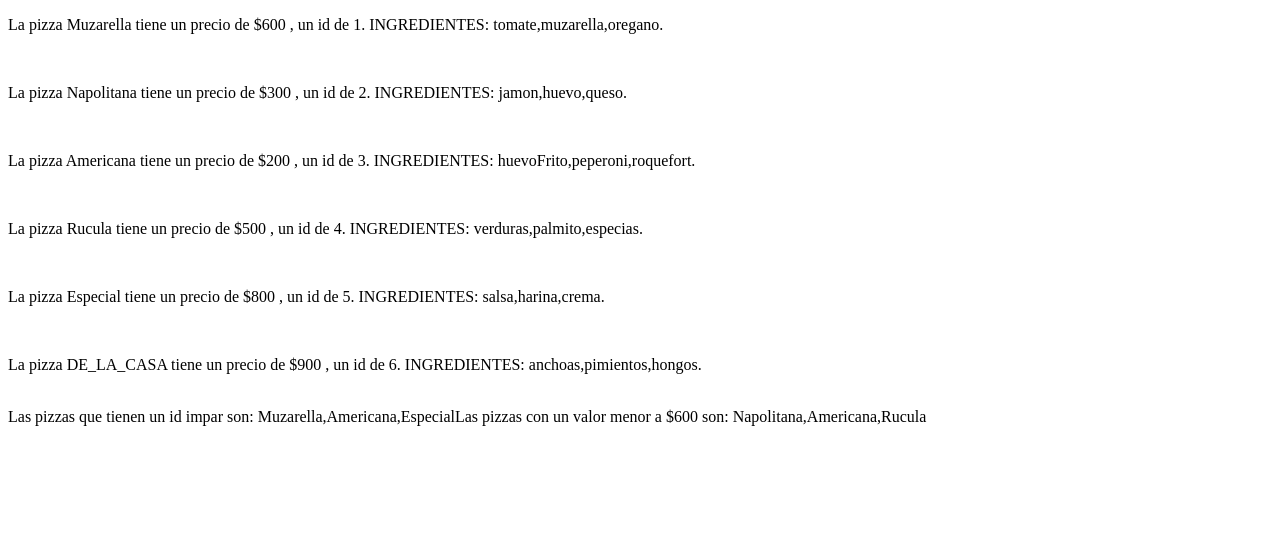
Repository: lucas-itup/E1-JAVASCRIPT
Page: index.html
These files come from the project's save history. The page is drawn as it stood at one moment and after the next save; the edit follows.
The browser window is 1280 px wide. The pictures show the whole page.

Above is the page before, as saved 2022-08-15 18:54:28.

After the next save:
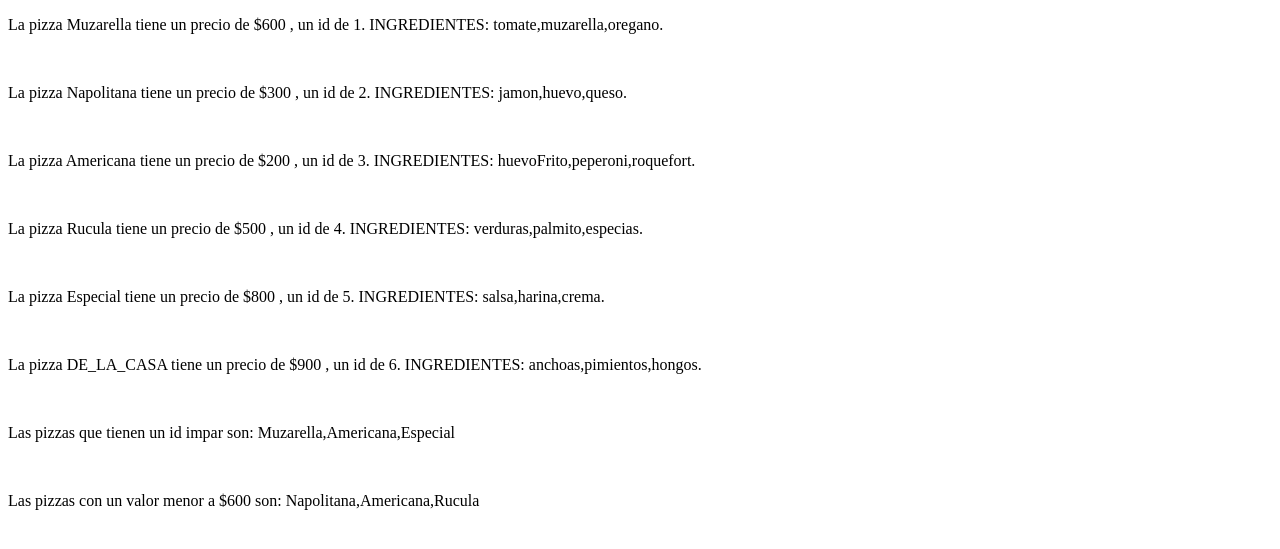
Saved 3 min 0 s later.
--- a/assets/index.js
+++ b/assets/index.js
@@ -51,7 +51,8 @@ let pizzas = [pizza1, pizza2, pizza3, pizza4, pizza5, pizza6]
 let impares = [];
 let menores = [];
 let listado = document.getElementById('listado-pizzas');
-console.log(listado)
+
+
 pizzas.forEach(function pizza(e, i, array) {
 
     //pizzas con id impar
@@ -67,5 +68,5 @@ pizzas.forEach(function pizza(e, i, array) {
 console.log('Las pizzas que tienen un id impar son: ' + impares.join());
 console.log('Las pizzas con un valor menor a $600 son: ' + menores.join());
 
-listado.innerHTML += 'Las pizzas que tienen un id impar son: ' + impares.join();
-listado.innerHTML += 'Las pizzas con un valor menor a $600 son: ' + menores.join();
+listado.innerHTML += '<p>Las pizzas que tienen un id impar son: ' + impares.join() + '</p><br>';
+listado.innerHTML += '<p>Las pizzas con un valor menor a $600 son: ' + menores.join() + '</p><br>';
